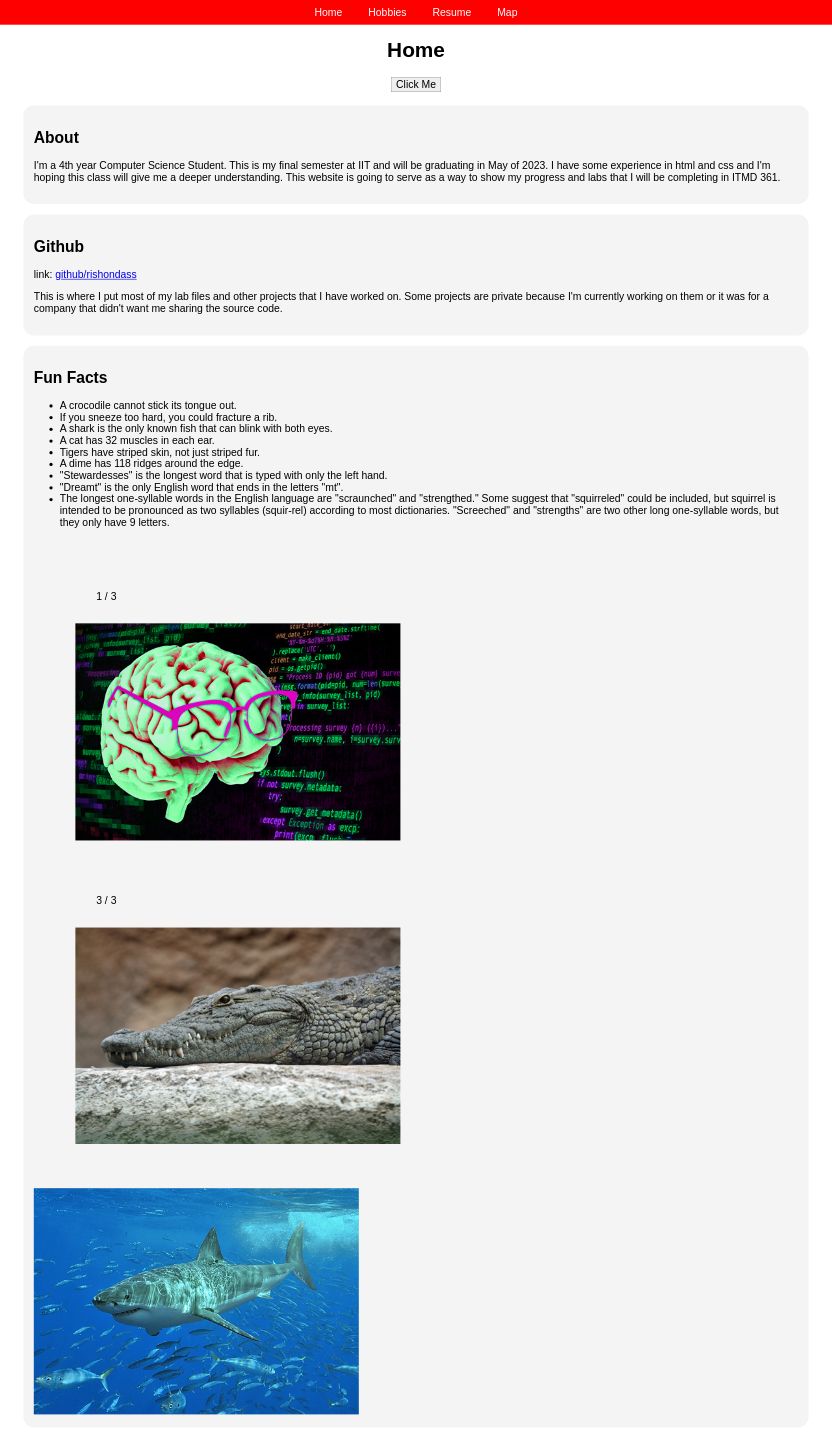
Repository: rishondass/ITMD361-Project3
Page: index.html
The author's editor kept a copy of each file at every save. The page is drawn from the files as they stood at one save, then again after a run of saves.
The browser window is 1280 px wide. The pictures show the whole page, at 65% of full size.

Above is the page before, as saved 2023-04-28 18:18:50.

### index.html
<!DOCTYPE html>
<html lang="en">
<head>
  <meta charset="UTF-8">
  <meta name="viewport" content="width=device-width, initial-scale=1.0">
  <script src="./js/index.js"></script>
  <link rel="stylesheet" href="css/normalize.css">
  <link rel="stylesheet" href="css/style.css">
  <title>Home</title>
</head>
<body>
  <nav id="main-nav">
    <ul>
      <li>
        <a href="index.html">Home</a>
      </li>
      <li>
        <a href="hobbies.html">Hobbies</a>
      </li>
      <li>
        <a href="resume.html">Resume</a>
      </li>
      <li>
        <a href="map.html">Map</a>
      </li>
    </ul>
  </nav>
  <div id="hero-section">
    <h1 id="title">
      Home
    </h1>
    <div id="secretdiv">
      <button id="secretbutton">Click Me</button>
    </div>

  </div>
  <div id="main-container">
    <div id="about-section">
      <h2>
        About
      </h2>
      <p>
        I'm a 4th year Computer Science Student. This is my final semester at IIT and will be graduating in May of 2023. I have some experience in html and css and I'm hoping this class will give me a deeper understanding. This website is going to serve as a way to show my progress and labs that I will be completing in ITMD 361.
      </p>
    </div>
    <div id="github-section">
      <h2>
        Github
      </h2>
      <p>
        link: <a target="_blank" href="https://www.github.com/rishondass">github/rishondass</a>
      </p>
      <p>
        This is where I put most of my lab files and other projects that I have worked on. Some projects are private because I'm currently working on them or it was for a company that didn't want me sharing the source code.
      </p>
    </div>
    <div id="funfactions-section">
      <h2>
        Fun Facts
      </h2>
      <ul>
        <li>
          A crocodile cannot stick its tongue out.
        </li>
        <li>
          If you sneeze too hard, you could fracture a rib.
        </li>
        <li>
          A shark is the only known fish that can blink with both eyes.
        </li>
        <li>
          A cat has 32 muscles in each ear.
        </li>
        <li>
          Tigers have striped skin, not just striped fur.
        </li>
        <li>
          A dime has 118 ridges around the edge.
        </li>
        <li>
          "Stewardesses" is the longest word that is typed with only the left hand.
        </li>
        <li>
          "Dreamt" is the only English word that ends in the letters "mt".
        </li>
        <li>
          The longest one-syllable words in the English language are "scraunched" and "strengthed." Some suggest that "squirreled" could be included, but squirrel is intended to be pronounced as two syllables (squir-rel) according to most dictionaries. "Screeched" and "strengths" are two other long one-syllable words, but they only have 9 letters.
        </li>
      </ul>
      <div class="slideshow-container">
        <div class="mySlides fade">
          <div class="numbertext">1 / 3</div>
          <img src="images/code.jpg" alt="image_of_code">
        </div>

        <div class="slideshow-container">
          <div class="numbertext">3 / 3</div>
          <img src="images/nile_crocodile_head.jpg" alt="image_of_crocodile">
        </div>

      </div>


      <img src="images/white_shark.jpg" alt="image_of_shark">
    </div>
  </div>
</body>
</html>

### js/index.js
window.onload = function(){
    let secretButton = document.getElementById("secretbutton");

    secretButton.addEventListener("click",()=>{
        window.open("https://www.youtube.com/watch?v=BBJa32lCaaY");
    });
}

### css/style.css
#main-nav{
    background-color: red;
    overflow: hidden;
}

#main-nav ul{
    list-style-type: none;
    padding: 0;
    margin: 0;
    display: flex;
    justify-content: center;
}

#main-nav a{
   display: block;
   padding: 10px 20px;
   text-decoration: none;
   color: white;
}


#main-nav a:hover{
    background-color: rgb(255, 255, 255);
    color:black;
}

#main-container{
    margin: 20px;
}

/*
To be added
#hero-section{
    width: 100%;
    height: 100vh;
    background-color:rgb(15, 92, 207);
} */

#title{
    text-align: center;
}

#about-section{

}

#main-container div{
    margin: 1rem;
    border-radius: 1rem;
    padding: 1rem;
    background-color:rgb(245, 244, 244);
}

.container-objects{
    margin: 1rem;
    border-radius: 1rem;
    padding: 1rem;
    background-color:rgb(245, 244, 244);
}

.hobbies-images{
    width: 300px;
}

.hobbies-videos{
    width: 500px;
}



.hobby-container-item{
    float: left;
    background-color:rgb(245, 244, 244);
}


#map {
  display: flex;
  justify-items: center;
  height: 800px;
  width: 80%;
  margin: 10px auto;
}

@media screen and (max-width:390px) {
  .container-objects{
    background-color: red;
    color: white;
    text-align: center;
    padding: 12px;
    height: 500px;
  }
}

@media screen and (max-width:820px) and (min-width:390px) {
  .container-objects{
    background-color: rgb(212, 0, 255);
    color: white;
    text-align: right;
    height: 300px;
    padding: 10px;
  }
}

#secretdiv{
    display: flex;
    justify-content: center;
}

Loaded but not shown: css/normalize.css (library)

After the next 2 saves:
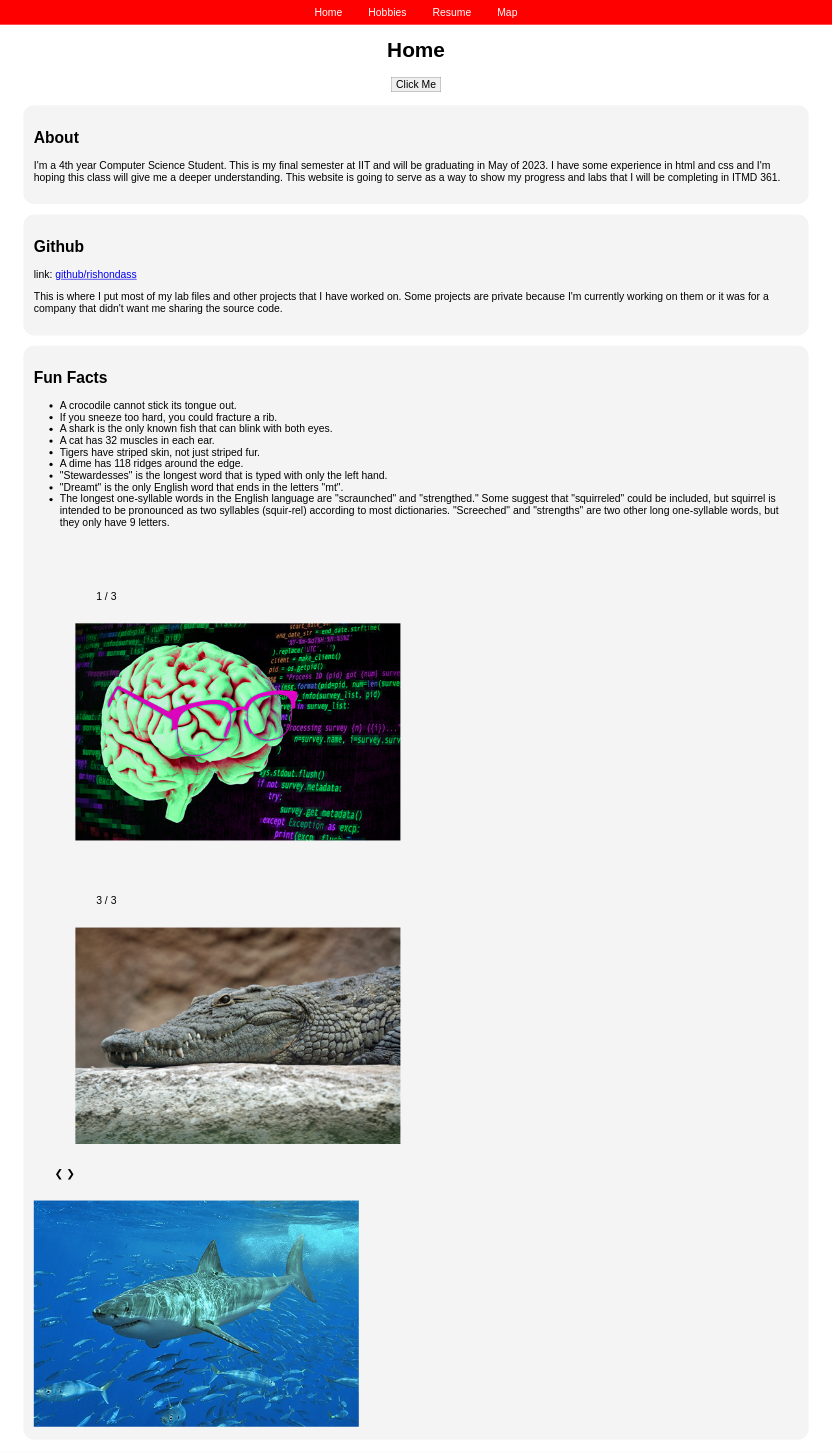
The 2 saves are shown as one change because they came seconds apart.
The last was saved 11 s later.
--- a/index.html
+++ b/index.html
@@ -97,7 +97,8 @@
           <div class="numbertext">3 / 3</div>
           <img src="images/nile_crocodile_head.jpg" alt="image_of_crocodile">
         </div>
-
+        <a class="prev" onclick="plusSlides(-1)">&#10094;</a>
+        <a class="next" onclick="plusSlides(1)">&#10095;</a>
       </div>
 
 
